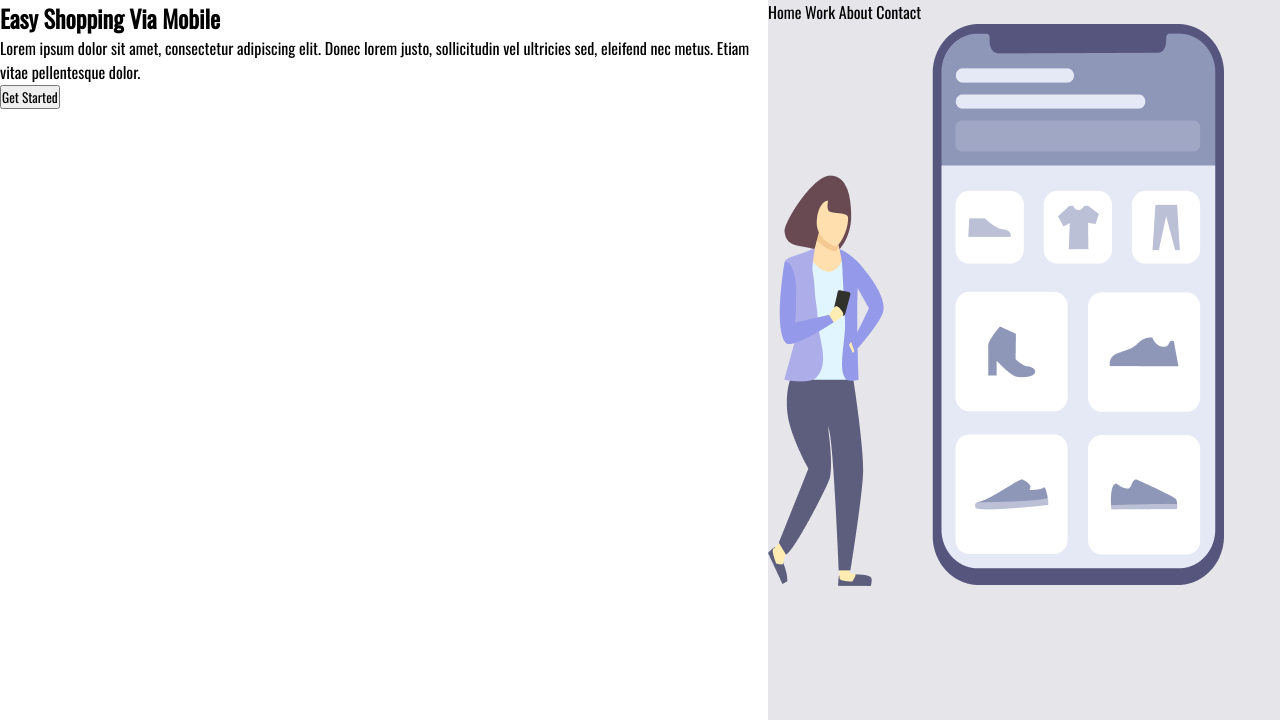
Repository: Leo-Marques-882/Projeto-Git-2
Page: index.html
These files come from the project's save history. The page is drawn as it stood at one moment and after the next save; the edit follows.
The browser window is 1280 px wide. The pictures show the whole page.

Above is the page before, as saved 2023-03-06 22:55:00.

After the next save:
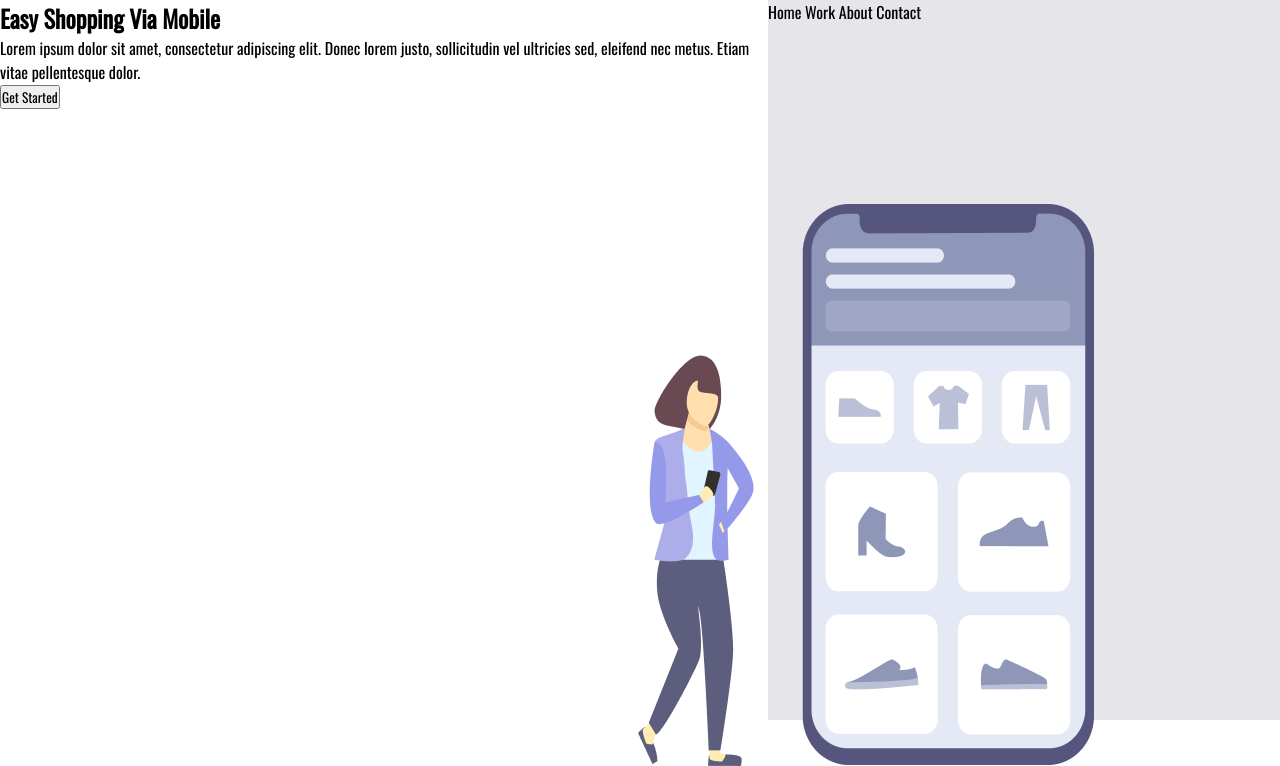
Saved 4 min 57 s later.
--- a/styless.css
+++ b/styless.css
@@ -22,5 +22,10 @@
     height: 100vh;
     width: 40%;
     position: absolute;
+}
 
+img {
+    position: relative;
+    top: 25%;
+    right: 130px;
 }
